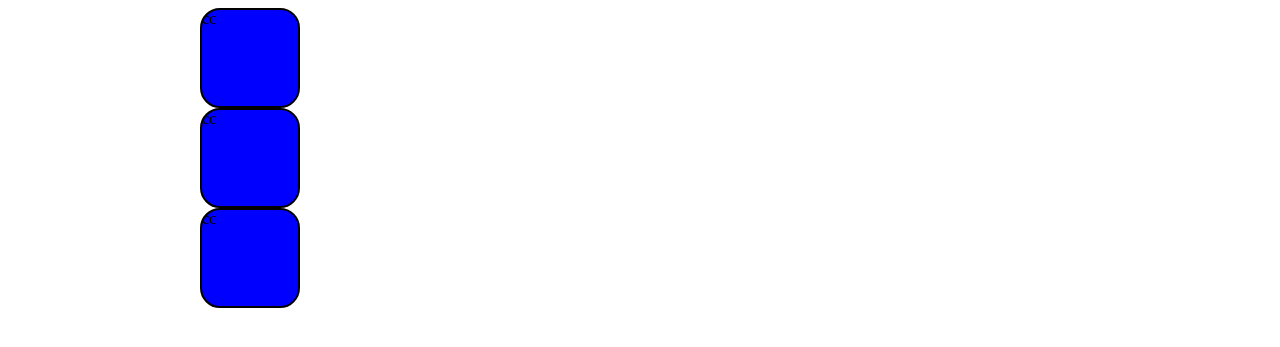
Repository: 16-Doffy/howtouse-htmlcss
Page: box_sizing/index.html
An editor plug-in stored every save of this project. The page is shown before and after the next save, followed by the edit.
The browser window is 1280 px wide. The pictures show the whole page.

Above is the page before, as saved 2024-12-20 19:24:27.

After the next save:
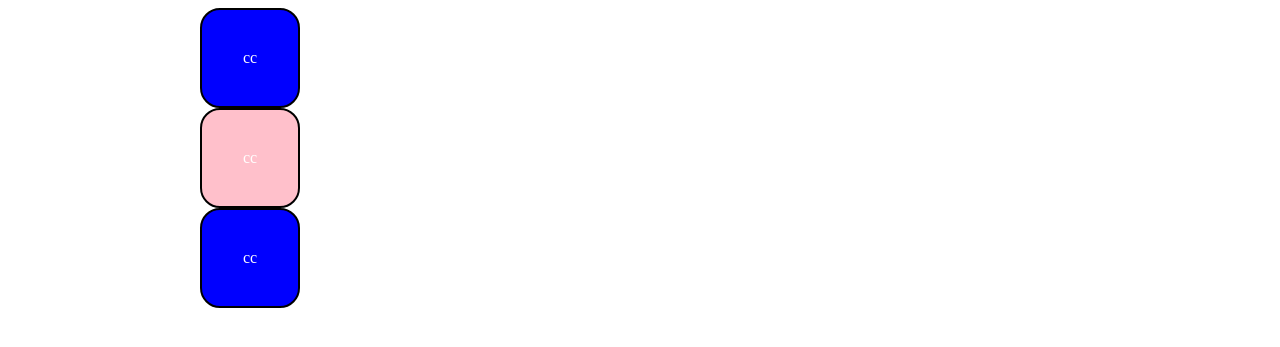
Saved 33 s later.
--- a/box_sizing/styles.css
+++ b/box_sizing/styles.css
@@ -12,5 +12,11 @@
     border-radius: 20px;
     border: 2px solid black;
     background-color: blue;
-
+    color: white;
+    display: flex;
+    align-items: center;
+    justify-content: center;
 }
+.boxed:nth-child(2){
+    background-color: pink;
+}
